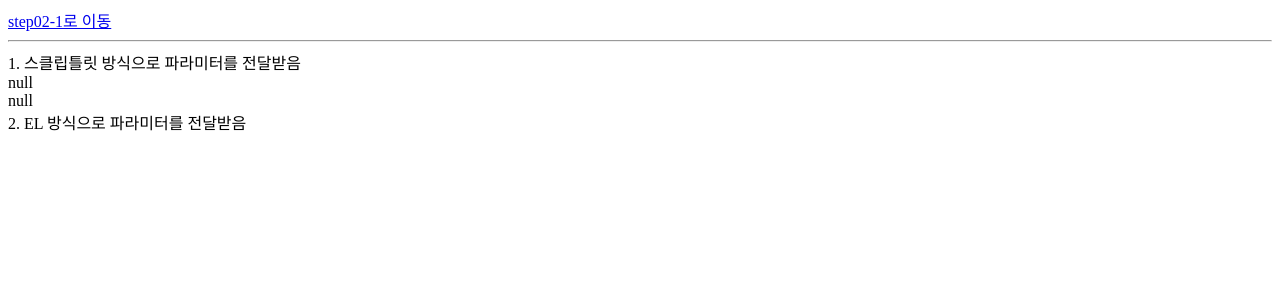
Repository: WoodongMaster/JSP_Workspace
Page: http://localhost/jstl_study/step02-2.jsp
The author's editor kept a copy of each file at every save. The page is drawn from the files as they stood at one save, then again after the next save.
The browser window is 1280 px wide. The pictures show the whole page.
The page is served by Tomcat 9.

Above is the page before, as saved 2023-05-09 06:42:25.

After the next save:
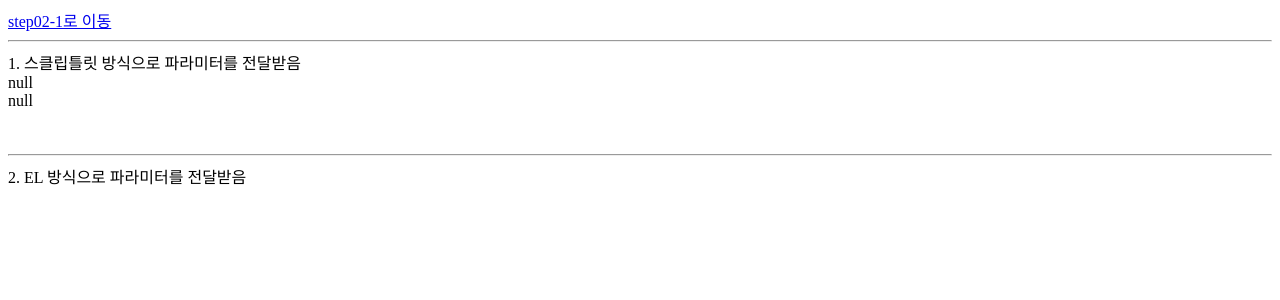
Saved 91 s later.
--- a/jstl_project/jstl_study/src/main/webapp/step02-2.jsp
+++ b/jstl_project/jstl_study/src/main/webapp/step02-2.jsp
@@ -12,6 +12,8 @@
 	1. 스클립틀릿 방식으로 파라미터를 전달받음 <br>
 	<%=request.getParameter("name") %><br>
 	<%=request.getParameter("address") %><br>
+	<br><br>
+	<hr>
 
 	2. EL 방식으로 파라미터를 전달받음 <br>
 	${param.name}<br>
